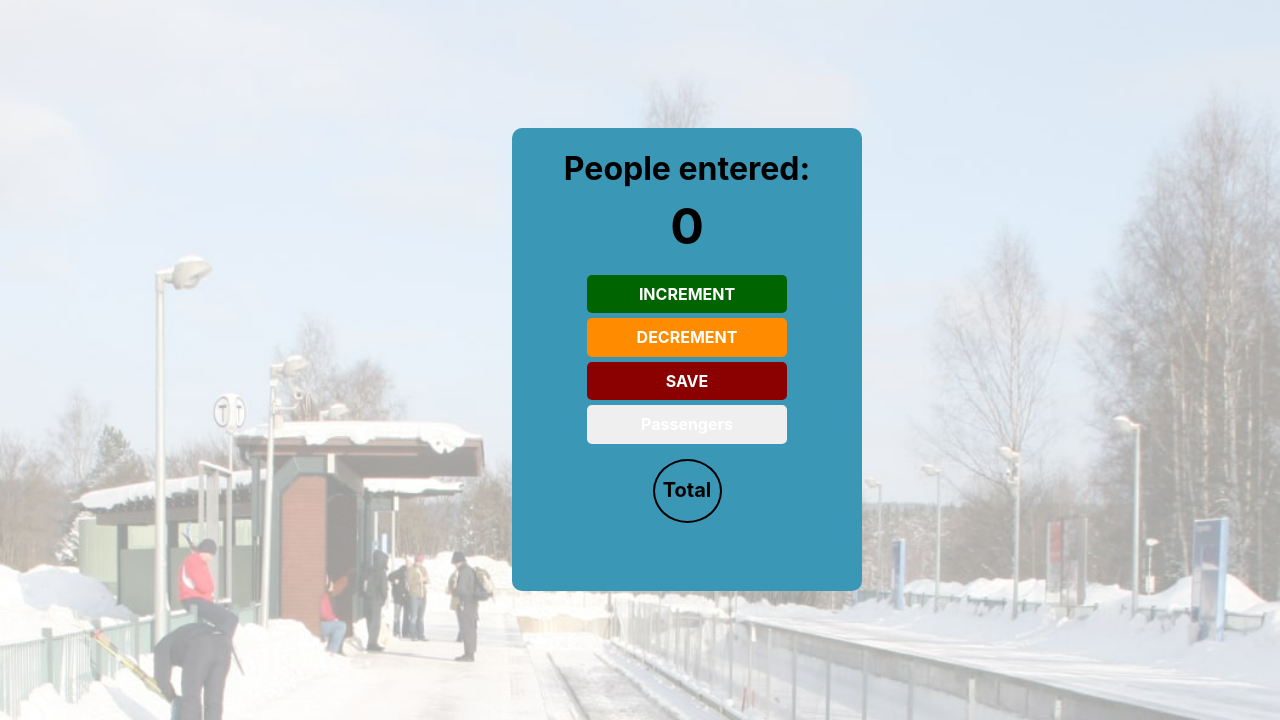
Repository: Siphamandla201/Javascript-Journey
Page: CounterApp/Counter.html
An editor plug-in stored every save of this project. The page is shown before and after a run of saves, followed by the edit.
The browser window is 1280 px wide. The pictures show the whole page.

Above is the page before, as saved 2023-07-28 10:04:40.

After the next 2 saves:
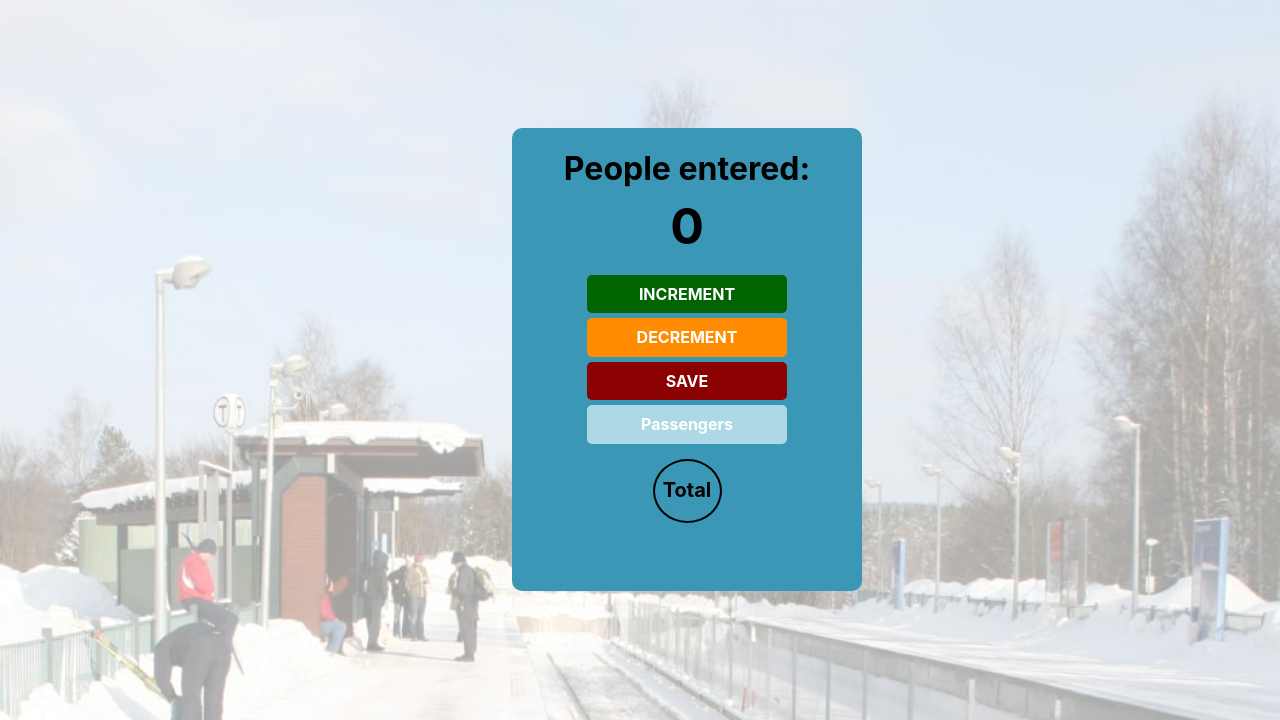
The 2 saves are shown as one change because they came seconds apart.
The last was saved 17 s later.
--- a/CounterApp/Counter.css
+++ b/CounterApp/Counter.css
@@ -69,7 +69,7 @@ button {
 }
 
 #passenger-btn {
-    background :
+    background : lightblue
 }
 
 #passengerList {
